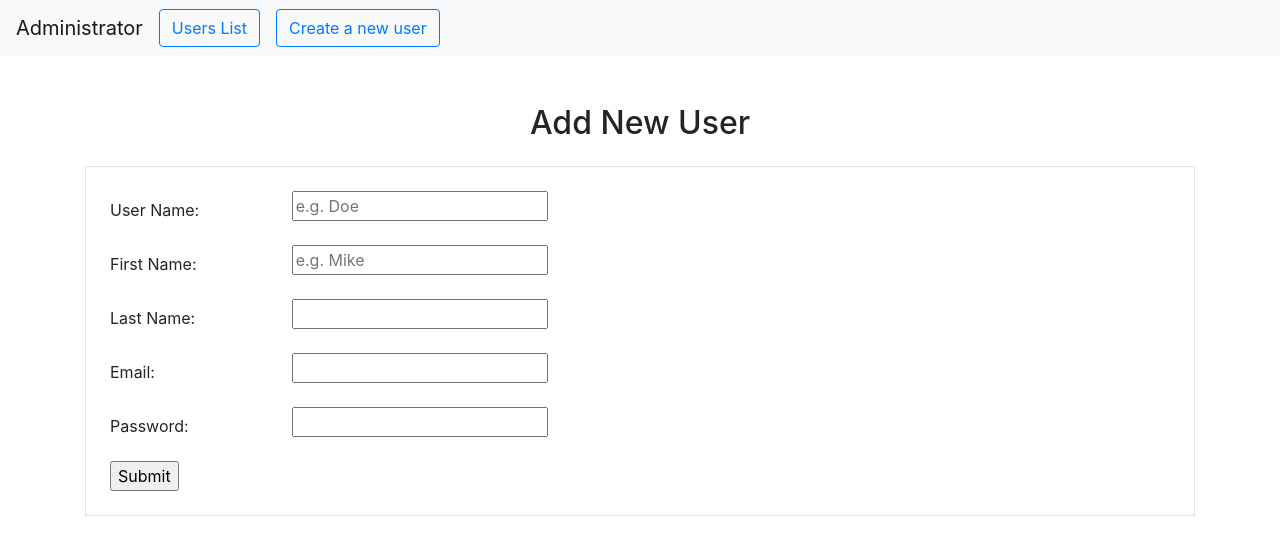
Repository: Dimitris-Kaler/Keycloak-Admin-Web-Interface
Page: http://localhost/rest-api/src/webapp/createUser.jsp
The author's editor kept a copy of each file at every save. The page is drawn from the files as they stood at one save, then again after the next save.
The browser window is 1280 px wide. The pictures show the whole page.
The page is served by Tomcat 9.

Above is the page before, as saved 2023-12-22 18:43:26.

After the next save:
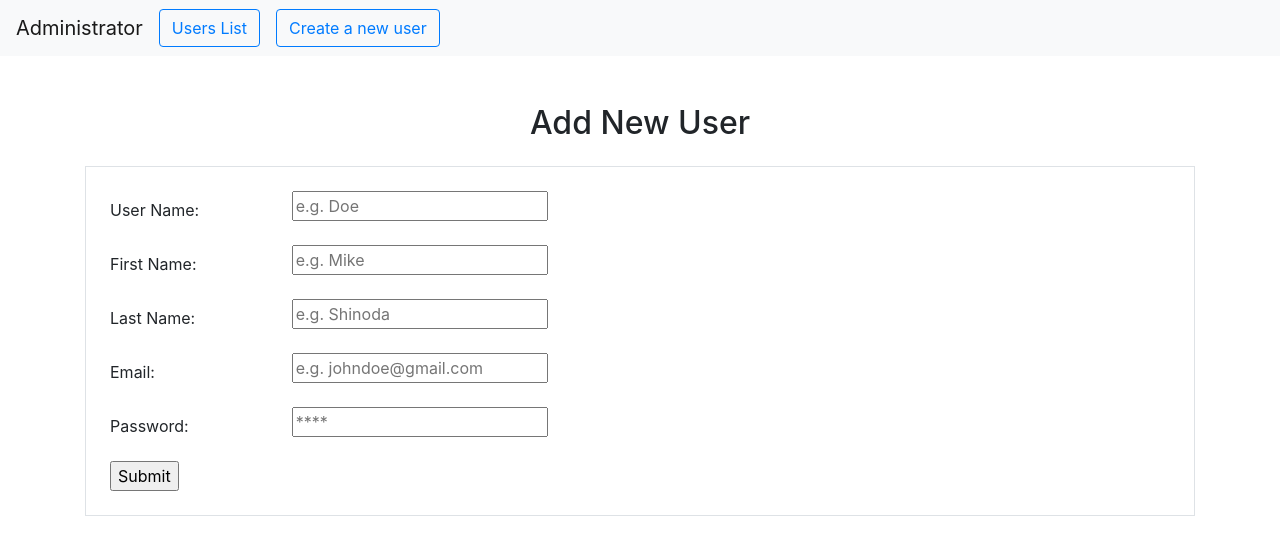
Saved 52 s later.
--- a/rest-api/src/webapp/createUser.jsp
+++ b/rest-api/src/webapp/createUser.jsp
@@ -50,19 +50,19 @@
 			<label for="lastName" class="col-sm-2 col-form-label">Last
 				Name:</label>
 			<div class="col-sm-10">
-				<input type="text" name="lastName" >
+				<input type="text" name="lastName" placeholder="e.g. Shinoda">
 			</div>
 		</div>
 		<div class="form-group row">
 			<label for="email" class="col-sm-2 col-form-label">Email:</label>
 			<div class="col-sm-10">
-				<input type="text" name="email" >
+				<input type="text" name="email" placeholder="e.g. johndoe@gmail.com">
 			</div>
 		</div>
 		<div class="form-group row">
 			<label for="password" class="col-sm-2 col-form-label">Password:</label>
 			<div class="col-sm-10">
-				<input type="text" name="password" >
+				<input type="text" name="password" placeholder="****">
 			</div>
 		</div>
 
